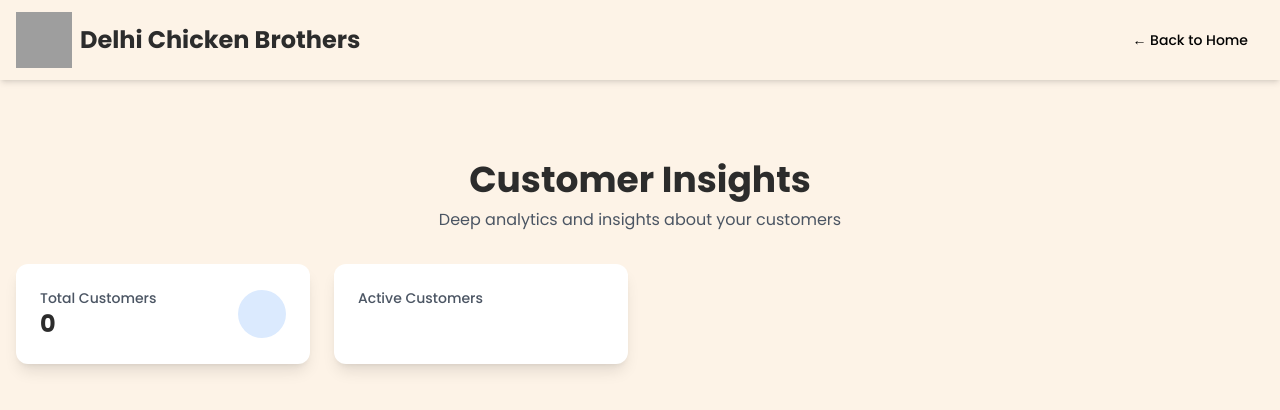
Repository: roydigital/dcb_pos_final
Page: customers.html
An editor plug-in stored every save of this project. The page is shown before and after the next save, followed by the edit.
The browser window is 1280 px wide. The pictures show the whole page.
Pictures or frames that could not be fetched are drawn as grey boxes. Some web libraries are served in a nearby version.

Above is the page before, as saved 2025-10-13 16:49:29.

After the next save:
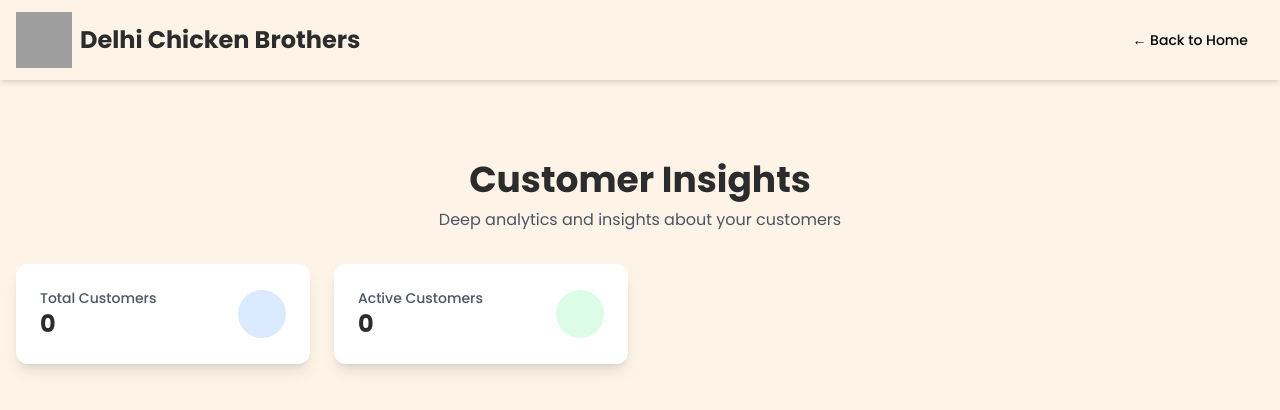
Saved 2 s later.
--- a/customers.html
+++ b/customers.html
@@ -132,3 +132,6 @@
                 <div class="flex items-center justify-between">
                     <div>
                         <p class="text-sm font-medium text-gray-600">Active Customers</p>
+                        <p id="active-customers" class="text-2xl font-bold text-brand-dark">0</p>
+                    </div>
+                    <div class="w-12 h-12 bg-green-100 rounded-full flex items-center justify-center">
